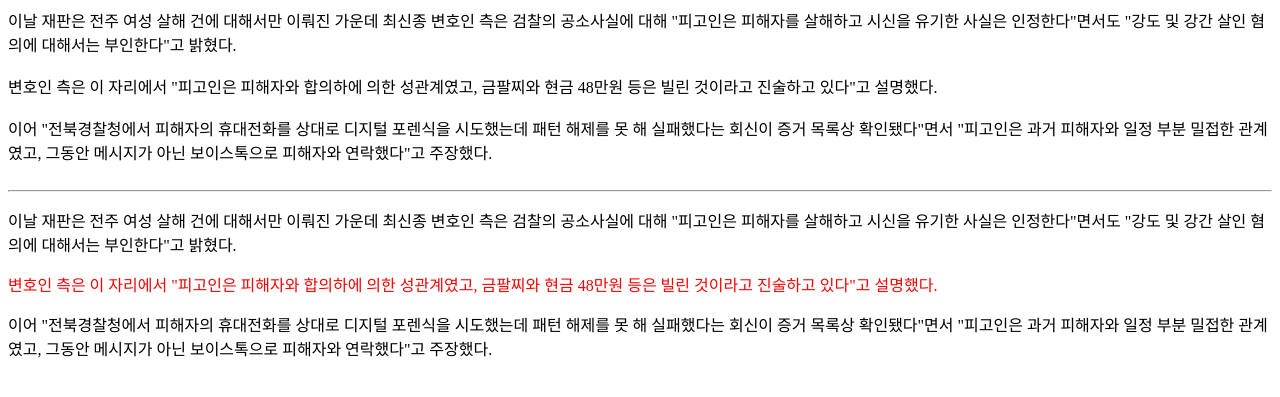
Repository: Chun0903/classStudy_github.io
Page: client/ClientTest/WebContent/ex06_p.html
The author's editor kept a copy of each file at every save. The page is drawn from the files as they stood at one save, then again after the next save.
The browser window is 1280 px wide. The pictures show the whole page.

Above is the page before, as saved 2020-06-18 08:15:44.

### client/ClientTest/WebContent/ex06_p.html
<!DOCTYPE html>
<html>
<head>
<meta charset="UTF-8">
<title>Insert title here</title>
</head>
<body>

	<!--

		<p> 태그, paragraph
		- 문단 태그
		- 택스트 집합 생성


	-->
		이날 재판은 전주 여성 살해 건에 대해서만 이뤄진 가운데 최신종 변호인 측은 검찰의 공소사실에 대해 "피고인은 피해자를 살해하고 시신을 유기한 사실은 인정한다"면서도
"강도 및 강간 살인 혐의에 대해서는 부인한다"고 밝혔다.<br><br>

	변호인 측은 이 자리에서 "피고인은 피해자와 합의하에 의한 성관계였고, 금팔찌와 현금 48만원 등은 빌린 것이라고 진술하고 있다"고 설명했다.<br><br>

	이어 "전북경찰청에서 피해자의 휴대전화를 상대로 디지털 포렌식을 시도했는데 패턴 해제를 못 해 실패했다는 회신이 증거 목록상 확인됐다"면서 "피고인은 과거 피해자와 일정 부분 밀접한 관계였고,
그동안 메시지가 아닌 보이스톡으로 피해자와 연락했다"고 주장했다.<br><br>




	<hr>

	<p>이날 재판은 전주 여성 살해 건에 대해서만 이뤄진 가운데 최신종 변호인 측은 검찰의 공소사실에 대해 "피고인은 피해자를 살해하고 시신을 유기한 사실은 인정한다"면서도
"강도 및 강간 살인 혐의에 대해서는 부인한다"고 밝혔다.</p>

	<p style="color:red;">변호인 측은 이 자리에서 "피고인은 피해자와 합의하에 의한 성관계였고, 금팔찌와 현금 48만원 등은 빌린 것이라고 진술하고 있다"고 설명했다.</p>

	<p>이어 "전북경찰청에서 피해자의 휴대전화를 상대로 디지털 포렌식을 시도했는데 패턴 해제를 못 해 실패했다는 회신이 증거 목록상 확인됐다"면서 "피고인은 과거 피해자와 일정 부분 밀접한 관계였고,
그동안 메시지가 아닌 보이스톡으로 피해자와 연락했다"고 주장했다.</p>


</body>
</html>

After the next save:
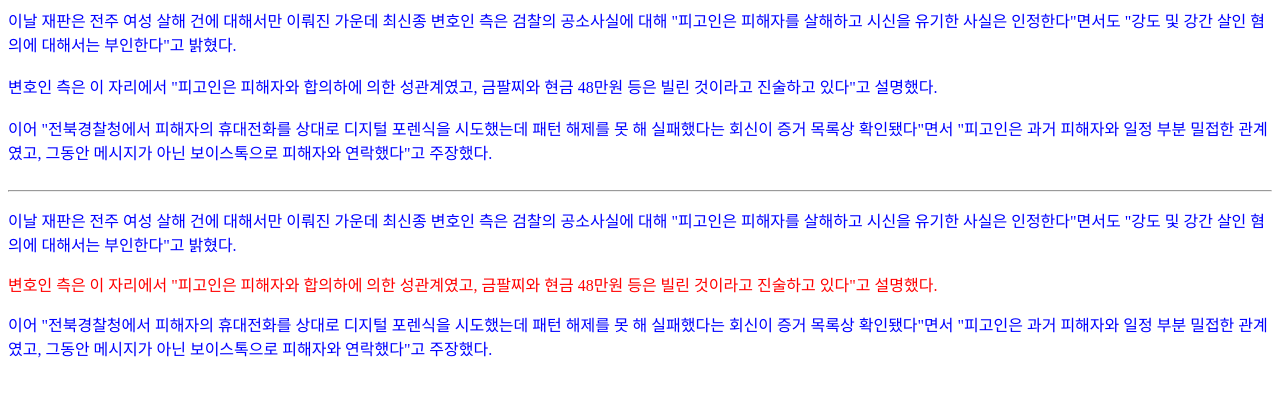
Saved 47 s later.
--- a/client/ClientTest/WebContent/ex06_p.html
+++ b/client/ClientTest/WebContent/ex06_p.html
@@ -4,7 +4,7 @@
 <meta charset="UTF-8">
 <title>Insert title here</title>
 </head>
-<body>
+<body style="color:blue">
 
 	<!--
 
